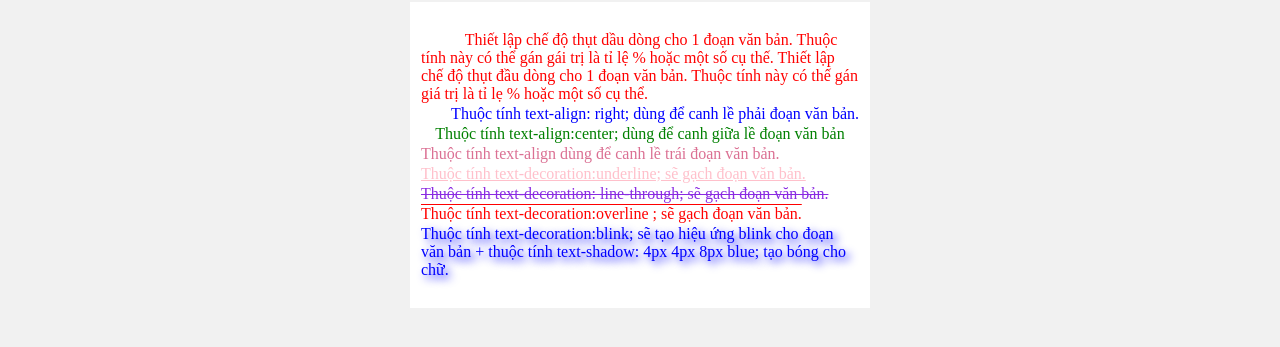
Repository: watermelonfee/HTCNWEB
Page: HTML/Tuan03/Bai2/Bai2a.html
These files come from the project's save history. The page is drawn as it stood at one moment and after the next save; the edit follows.
The browser window is 1280 px wide. The pictures show the whole page.

Above is the page before, as saved 2023-03-03 16:59:58.

### HTML/Tuan03/Bai2/Bai2a.html
<!DOCTYPE html>
<html>

<head>
    <meta charset="utf-8" />
    <title>Bai 2A - css</title>
    <link rel="stylesheet" type="text/css" href="bai2a.css" />
</head>

<body>
    <div id="content" class="container">
        <span>
            <p id="line1">
            Thiết lập chế độ thụt dầu dòng cho 1 đoạn văn bản. Thuộc tính này có
            thể gán gái trị là tỉ lệ % hoặc một số cụ thế. Thiết lập chế độ thụt
            đầu dòng cho 1 đoạn văn bản. Thuộc tính này có thế gán giá trị là tỉ
            lẹ % hoặc một số cụ thể.
            </p>
            <p id="line2">
            Thuộc tính text-align: right; dùng để canh lề phải đoạn văn bản.
            </p>
            <p id="line3">
            Thuộc tính text-align:center; dùng để canh giữa lề đoạn văn bản
            </p>
            <p id="line4">
            Thuộc tính text-align dùng để canh lề trái đoạn văn bản.
            </p>
            <p id="line5">
            Thuộc tính text-decoration:underline; sẽ gạch đoạn văn bản.
            </p>
            <p id="line6">
            Thuộc tính text-decoration: line-through; sẽ gạch đoạn văn bản.
            </p>
            <p id="line7">
            Thuộc tính text-decoration:overline ; sẽ gạch đoạn văn bản.
            </p>
            <p id="line8">
            Thuộc tính text-decoration:blink; sẽ tạo hiệu ứng blink cho đoạn văn
            bản + thuộc tính text-shadow: 4px 4px 8px blue; tạo bóng cho chữ.
            </p>
        </span>
    </div>
</body>

</html>

### HTML/Tuan03/Bai2/bai2a.css
* {
    margin: 0 auto;
    padding: 1px;
    box-sizing: border-box;
}

body {
    background-color: #f1f1f1;
}

div {
    width: 460px;
    height: auto;
    background-color: white;
    padding: 10px;
}

p#line1 {
    color: red;
    text-indent: 10%;
}

p#line2 {
    text-align: right;
    color: blue;
}

p#line3 {
    text-align: center;
    color: green;
}

p#line4 {
    color: palevioletred;
}

p#line5 {
    text-decoration: underline;
    color: pink;
}

p#line6 {
    text-decoration: line-through;
    color: blueviolet;
}

p#line7 {
    text-decoration: overline;
    color: red;
}

p#line8 {
    text-decoration: blink;
    text-shadow: 4px 4px 8px blue;
    color: blue;
}

After the next save:
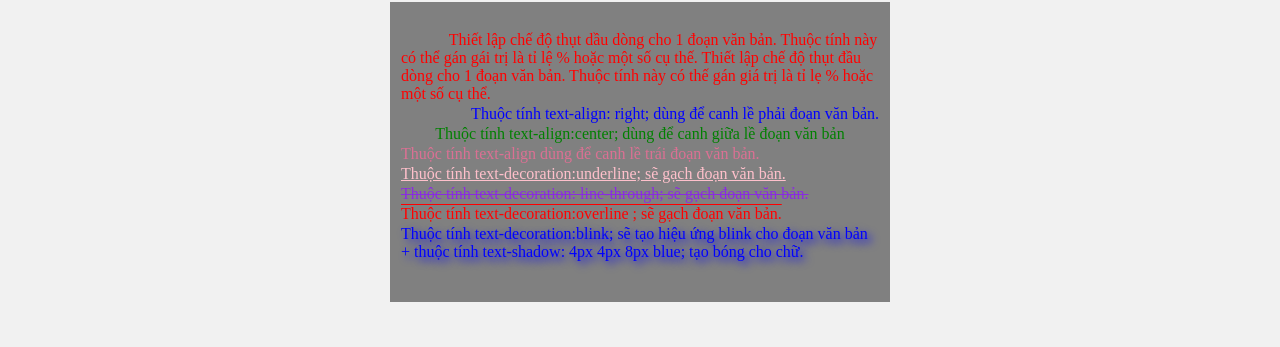
Saved 2 min 7 s later.
--- a/HTML/Tuan03/Bai2/Bai2a.html
+++ b/HTML/Tuan03/Bai2/Bai2a.html
@@ -3,12 +3,12 @@
 
 <head>
     <meta charset="utf-8" />
-    <title>Bai 2A - css</title>
+    <title>Bai 2a - css</title>
     <link rel="stylesheet" type="text/css" href="bai2a.css" />
 </head>
 
 <body>
-    <div id="content" class="container">
+    <div id="content" class="container" style="width: 500px;height: 300px;background-color: gray;">
         <span>
             <p id="line1">
             Thiết lập chế độ thụt dầu dòng cho 1 đoạn văn bản. Thuộc tính này có
